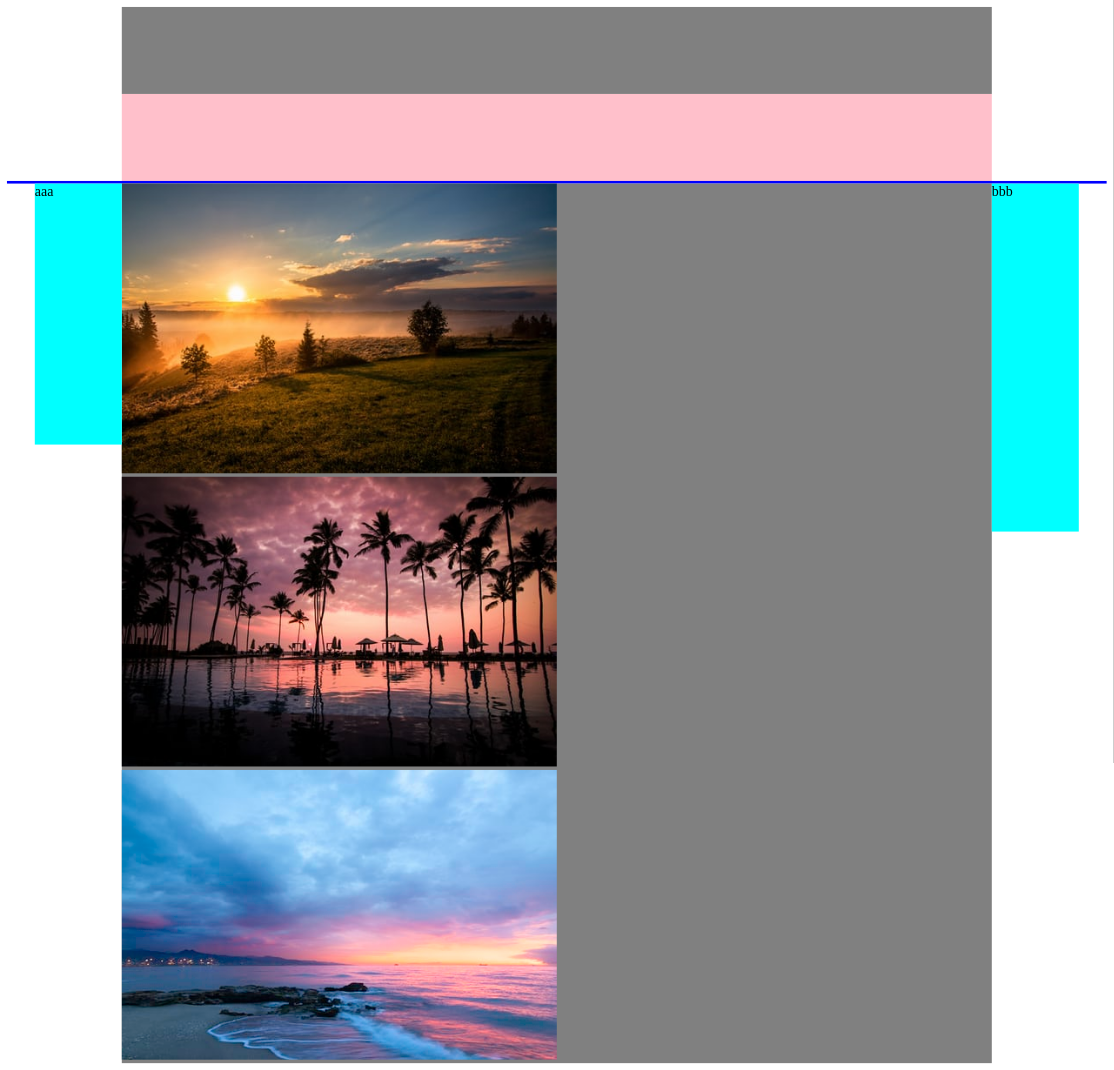
Repository: ArchivvonJang/learn_program_language
Page: webApp/WebContent/Javascript/js21_scrollBanner/img/js21_scrollBanner.html
The author's editor kept a copy of each file at every save. The page is drawn from the files as they stood at one save, then again after the next save.
The browser window is 1280 px wide. The pictures show the whole page, at 87% of full size.

Above is the page before, as saved 2021-03-04 01:06:30.

### webApp/WebContent/Javascript/js21_scrollBanner/img/js21_scrollBanner.html
<!DOCTYPE html>
<html>
<head>
<meta charset="UTF-8">
<title>Insert title here</title>
<style>
	#header1, #header2{
		height:100px;
		width:1000px;
		margin:0 auto;
	}
	#header1{
		background-color:gray;
	}
	#header2{
		background-color:pink;
	}
	#bar{
		height:3px;
		background-color:blue;
	}
	#content{
		width:1000px;
		margin:0 auto;
		background-color:gray;
		position:relative;

	}

	/*배너*/
	#leftBanner, #rightBanner{
		position:absolute;
		width:100px;
		background-color:cyan;
	}
	#leftBanner{
		left:-100px;
		top:0px;/*제일 위로 올라오기*/
		height:300px;
	}
	#rightBanner{
		left:1000px;
		top:0px;
		height:400px;
	}
</style>
</head>
<body>
<div id= "header1"></div>
<div id="header2"></div>
<div id="bar"></div>
<div id="content">
	<img src="../img/sunset1.jpg"/>
	<img src="../img/sunset2.jpg"/>
	<img src="../img/sunset3.jpg"/>

	<!-- 배너 -->
	<div id="leftBanner">aaa</div>
	<div id="rightBanner">bbb</div>

	</div>
</body>
</html>

After the next save:
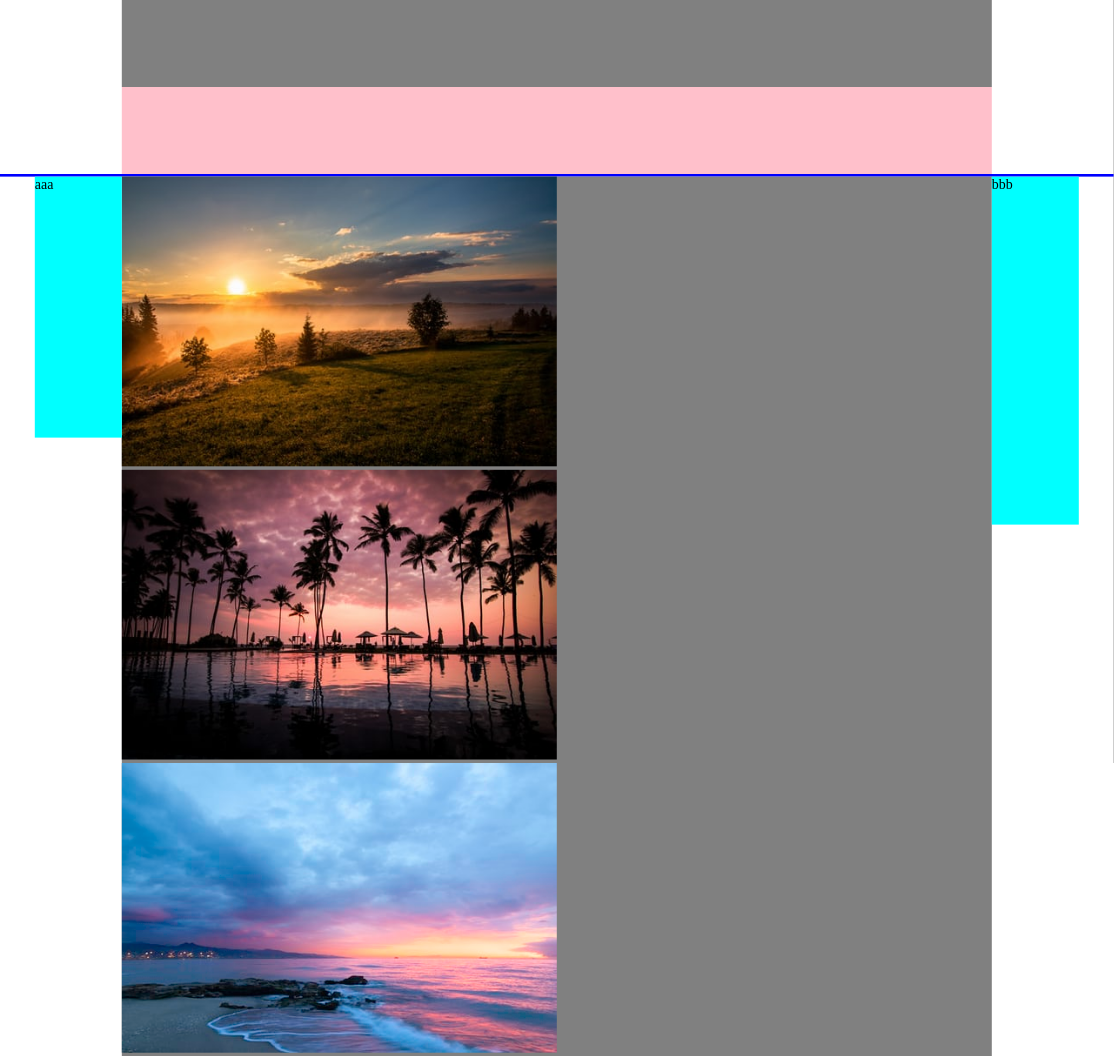
Saved 74 s later.
--- a/webApp/WebContent/Javascript/js21_scrollBanner/img/js21_scrollBanner.html
+++ b/webApp/WebContent/Javascript/js21_scrollBanner/img/js21_scrollBanner.html
@@ -4,6 +4,9 @@
 <meta charset="UTF-8">
 <title>Insert title here</title>
 <style>
+	body{
+		margin:0px;
+	}
 	#header1, #header2{
 		height:100px;
 		width:1000px;
